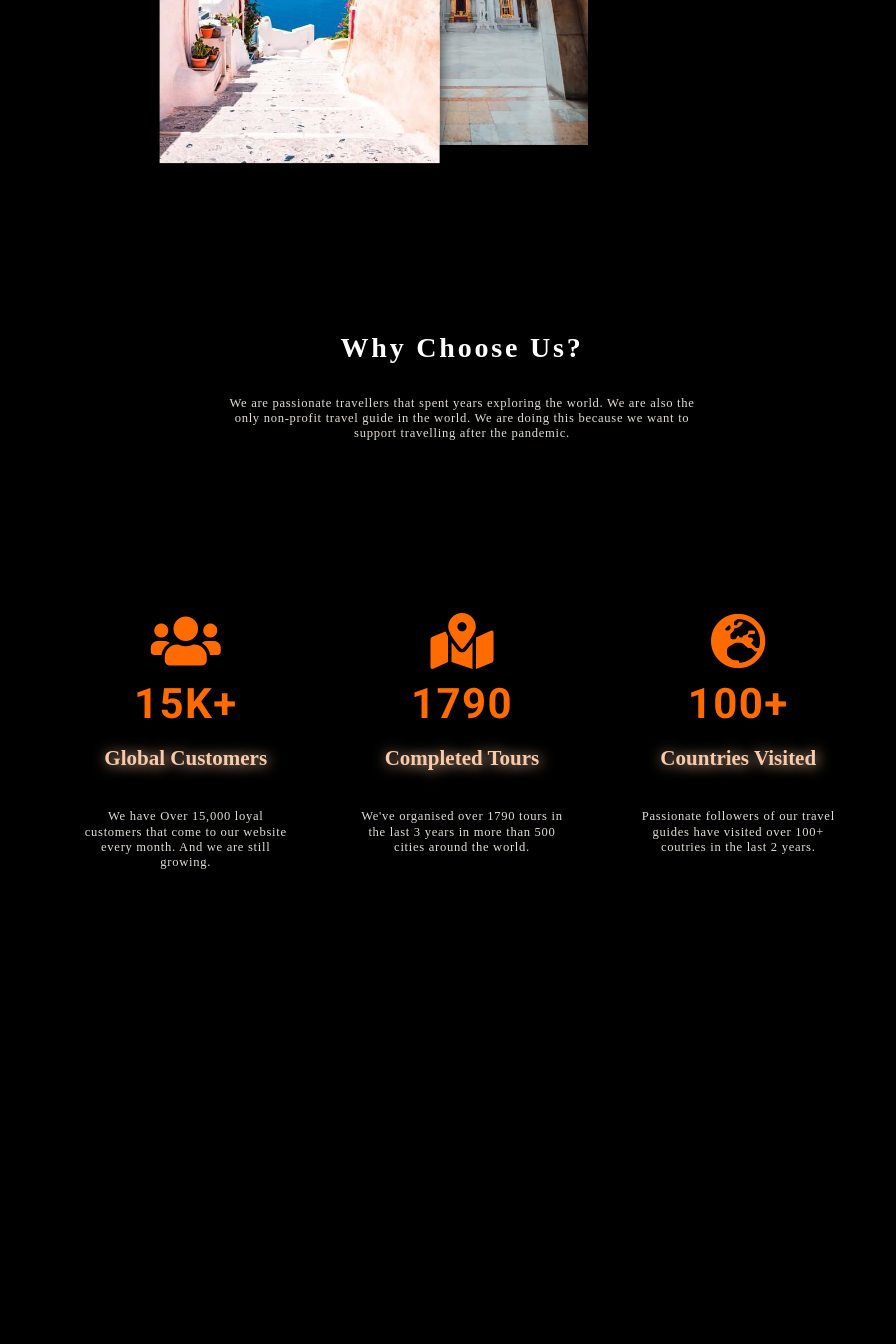
Repository: Hunga9k50doker/wildver-travel
Page: src/index.html
The author's editor kept a copy of each file at every save. The page is drawn from the files as they stood at one save, then again after the next save.
The browser window is 1280 px wide. The pictures show the part of the page from y = 4160 to 6080 px (the page is 6080 px tall), at 70% of full size.
Some web fonts or font styles are not loaded; a fallback is used. The style sheet was rebuilt from its Sass, Less or Tailwind sources for each picture, by a compiler version that may differ from the author's.

Above is the page before, as saved 2021-08-27 21:25:03.

### src/index.html
<!DOCTYPE html>
<html lang="en">
<head>
    <meta charset="UTF-8">
    <meta http-equiv="X-UA-Compatible" content="IE=edge">
    <meta name="viewport" content="width=device-width, initial-scale=1.0">
    <link href="https://fonts.googleapis.com/css2?family=Hina+Mincho&family=Roboto:wght@400;700&display=swap" rel="stylesheet">
    <link rel="stylesheet" href="public/css/normalize.min.css">
    <link rel="stylesheet" href="public/css/grid.css">
    <link rel="stylesheet" href="public/css/base.css">
    <link rel="stylesheet" href="public/css/header.css">
    <link rel="stylesheet" href="public/css/container.css">
    <link rel="stylesheet" href="public/vendor/fontawesome-free-5.15.3-web/css/all.min.css">
    <title>Document</title>
</head>
<body>
    <div class="app">
        <section class="header">
            <section class="header_nav">
                <h1 class="header_nav-home">WildVers</h1>
                <div class="header_nav-body">
                    <a href="/" class="header_nav-body-item">Equipment</a>
                    <a href="/" class="header_nav-body-item">About us</a>
                    <a href="/" class="header_nav-body-item">Blog</a>
                    <button class="header_nav-body-res">Sign Up</button>
                </div>
            </section>
            <section class="header_contain">
                <div class="header_contain-follow">
                    <p>Follow us</p>
                   <a href="/">
                       <i class="fab fa-instagram"></i>
                   </a>
                   <a href="/">
                       <i class="fab fa-twitter-square"></i>
                   </a>
                </div>
                <div class="header_contain-content">
                    <h3 class="header_contain-content-title">A travel guide</h3>
                    <h2>Prepare For The</h2>
                    <h2> Adventure!</h2>
                    <button class="btn">Let's Go</button>
                </div>
            </section>
        </section>
        <section class="container">
            <section class="grid wide">
                <ul class="container_list">

                    <li class="container_list-item">
                        <section class="row ">
                            <section  class="col l-7">
                                <div class="container_list-item-number">01</div>
                                <div class="container_list-item-content">
                                        <h3>Get started</h3>
                                        <h4 class="container_list-item-content-title" >What type of traveller are you?</h4>
                                        <p>Determining what type of traveller you are can be an important tool
                                            when planning future vacations. This guide will help you plan
                                            vacations according to different ratings set by various websites. What
                                            type of traveller are you - novice, moderate, advanced moderate,
                                            expert, or expert backpacker?
                                        </p>
                                        <a href="/">
                                            Read more
                                            <i class="fas fa-long-arrow-alt-right"></i>
                                        </a>
                                </div>
                            </section>
                            <section class="col l-5">
                                <div class="container_list-item-img">
                                    <picture >
                                        <source srcset="public/img/m3.jpg"
                                                media="(min-width: 800px)">
                                        <img src="public/img/m1.jpg" alt="" />
                                    </picture>
                                </div>
                            </section>
                        </section>
                    </li>

                    <li class="container_list-item">
                        <section class="row ">
                            <section class="col l-5">
                                <div class="container_list-item-img">
                                    <picture >
                                        <source srcset="public/img/m4.jpg"
                                                media="(min-width: 800px)">
                                        <img src="public/img/m1.jpg" alt="" />
                                    </picture>
                                </div>
                            </section>
                            <section  class="col l-7">
                                <div class="container_list-item-number">02</div>
                                <div class="container_list-item-content">
                                        <h3>WHERE YOU GO IS THE KEY</h3>
                                        <h4 class="container_list-item-content-title">Picking the right Destination!</h4>
                                        <p>You've made the decision you want to travel more this year. You've
                                            realised experiences are more important than possessions and you've
                                            put together a plan to start saving for your next big trip.
                                            But how are you going to decide where to actually go? Whichever
                                            situation you're in, we have a tips to help you choose your travel
                                            destinations.
                                        </p>
                                        <a href="/">
                                            Read more
                                            <i class="fas fa-long-arrow-alt-right"></i>
                                        </a>
                                </div>
                            </section>
                        </section>
                    </li>

                    <li class="container_list-item">
                        <section class="row ">
                            <section  class="col l-7">
                                <div class="container_list-item-number">03</div>
                                <div class="container_list-item-content">
                                        <h3>KNOW THE COUNTRY</h3>
                                        <h4 class="container_list-item-content-title">Understand the Locals and their Traditions</h4>
                                        <p>Before you head out, do your research on the different customs (the
                                            do's and don'ts) of the country you're traveling to. For instance, what
                                            percentage do they typically tip? Are there different laws? Are there
                                            common tourist scanms? Will there be any cultural events while you're
                                            there? There are a lot of things you might not even think of, but it's
                                            simple enough to research "do's and don'ts" infographics on different
                                            countries for that information.
                                        </p>
                                        <a href="/">
                                            Read more
                                            <i class="fas fa-long-arrow-alt-right"></i>
                                        </a>
                                </div>
                            </section>
                            <section class="col l-5">
                                <div class="container_list-item-img">
                                    <picture >
                                        <source srcset="public/img/m5.jpg"
                                                media="(min-width: 800px)">
                                        <img src="public/img/m1.jpg" alt="" />
                                    </picture>
                                </div>
                            </section>
                        </section>
                    </li>

                    <li class="container_list-item">
                        <section class="row ">
                            <section  class="col l-6">
                                    <div class="container_list-item-content">
                                        <h4 class="container_list-item-content-title">Let's Explore The World</h4>
                                        <button class="btn btn-primary">Explore</button>
                                    </div>
                                </section>
                                <section class="col l-6">
                                        <p class="container_list-item-text">There's a whole wide world out there, and it contains so many
                                            unknowns - but we all only get one life. At WildVers, we believe that we
                                            should travel the world while we have the chance.
                                            If you're just starting to think about why you should travel, or you're
                                            looking for travel inspiration, then we're here to help. Here are some of
                                            the best countries you should definitely visit.
                                        </p>
                                </section>
                        </section>
                    </li>

                    <li class="container_list-item">
                        <section class="row ">
                                <section class="container_list-item-img container_list-item-img-slider">

                                       <picture class="container_list-item-img-slider-single">
                                           <source srcset="public/img/canada.jpg"
                                           media="(min-width: 800px)">
                                           <img src="public/img/m1.jpg" alt="" />
                                        </picture>

                                       <picture class="container_list-item-img-slider-single">
                                           <source srcset="public/img/china.jpg"
                                           media="(min-width: 800px)">
                                           <img src="public/img/m1.jpg" alt="" />
                                        </picture>

                                       <picture class="container_list-item-img-slider-single active">
                                           <source srcset="public/img/greece.jpg"
                                           media="(min-width: 800px)">
                                           <img src="public/img/m1.jpg" alt="" />
                                        </picture>

                                       <picture class="container_list-item-img-slider-single">
                                           <source srcset="public/img/italy.jpg"
                                           media="(min-width: 800px)">
                                           <img src="public/img/m1.jpg" alt="" />
                                        </picture>

                                       <picture class="container_list-item-img-slider-single">
                                           <source srcset="public/img/hanquoc.jpg"
                                           media="(min-width: 800px)">
                                           <img src="public/img/m1.jpg" alt="" />
                                        </picture>

                                        <picture class="container_list-item-img-slider-single">
                                            <source srcset="public/img/norway.jpg"
                                            media="(min-width: 800px)">
                                            <img src="public/img/m1.jpg" alt="" />
                                         </picture>

                                        <picture class="container_list-item-img-slider-single">
                                            <source srcset="public/img/soufthafica.jpg"
                                            media="(min-width: 800px)">
                                            <img src="public/img/m1.jpg" alt="" />
                                         </picture>

                                        <picture class="container_list-item-img-slider-single">
                                            <source srcset="public/img/thailand.jpg"
                                            media="(min-width: 800px)">
                                            <img src="public/img/m1.jpg" alt="" />
                                         </picture>

                            </section>
                        </section>
                    </li>

                    <li class="container_list-item">
                        <section class="row">
                            <section class="col l-12">
                                <div class="container_list-item-content container_list-item-content-reason">
                                    <h4 style="margin:0;max-width: 100%;" class="container_list-item-content-title">
                                        Why Choose Us?
                                    </h4>
                                    <p>
                                        We are passionate travellers that spent years exploring the world. We are also the only
                                        non-profit travel guide in the world. We are doing this because we want to support travelling
                                        after the pandemic.
                                    </p>
                                </div>
                            </section>

                        </section>
                    </li>

                    <li class="container_list-item">
                        <div class="row">
                          <div class="col l-4">
                              <div class="container_list-item-achievements">
                                  <i class="fas fa-users"></i>
                                  <h3>15K+</h3>
                                  <h4>Global Customers</h4>
                                  <p>We have Over 15,000 loyal customers
                                        that come to our website every month.
                                        And we are still growing.
                                  </p>
                              </div>
                          </div>
                          <div class="col l-4">
                            <div class="container_list-item-achievements">
                                <i class="fas fa-map-marked-alt"></i>
                                <h3>1790</h3>
                                <h4>Completed Tours</h4>
                                <p>We've organised over 1790 tours in the
                                    last 3 years in more than 500 cities
                                    around the world.
                                </p>
                            </div>
                        </div>
                        <div class="col l-4">
                            <div class="container_list-item-achievements">
                                <i class="fas fa-globe-europe"></i>
                                <h3>100+</h3>
                                <h4>Countries Visited</h4>
                                <p>Passionate followers of our travel guides
                                    have visited over 100+ coutries in the
                                    last 2 years.
                                </p>
                            </div>
                        </div>

                        </div>
                    </li>
                    <li class="container_list-item">
                        <div class="row"></div>
                    </li>
                    <li class="container_list-item">
                        <div class="row"></div>
                    </li>
                </ul>
            </section>
        </section>
    </div>
</body>
</html>

### src/resources/scss/_variables.scss
$orange-color: #ff6b00;
$white-color: #fff;
$text-color: #e2ddd6;
$waxen-color: #f9caa9;
$black-color: #030101;

### src/resources/scss/container.scss
@import "variables";
$time: 500ms;
$delay: $time/2;
$mode: cubic-bezier(0.17, 0.67, 0.55, 1.43);

.container{
    position: relative;
    padding-top: 12rem;
    background: #000;
    box-shadow: 40px 0 20px 1px rgba(0,0,0,1);
    overflow-x:auto;
    &_list{

        &-item{
            position: relative;
            margin:20rem 0;
            .col{
                position: relative;

                p{
                    font-size: 1.8rem;
                    font-weight:200;
                    color: $text-color;
                    line-height: 120%;
                    letter-spacing: 1px;
                    margin: 4.5rem 0;
                }

                .container_list-item-text{
                    margin-top: 6rem;
                }
            }
            &-number{
                font-size:16rem;
                font-weight: 1000;
                line-height:100%;
                color: rgba($orange-color,0.2);

            }
            &:nth-of-type(2n+2){
                .container_list-item-img{
                    margin-right: 5rem;
                }
            }

            &-content{
                color:$white-color;
                position: absolute;
                top: 50%;
                left:0;
                bottom: -20%;
                transform: translate(10rem,-50%);
                max-width: 60%;

                h3{
                    position: relative;
                    display:flex;
                    align-items:center;
                    font-size: 1.6rem;
                    text-transform: uppercase;
                    word-spacing: 4px;
                    letter-spacing: 4px;
                    line-height:120%;
                    color: $orange-color;
                    margin:2rem 0 4rem 7rem;
                    &::after{
                        content: " ";
                        position: absolute;
                        top: 50%;
                        left:-7rem;
                        transform: translateY(-50%);
                        width: 6rem;
                        height:1px;
                        background: currentColor;
                    }
                }
                &-title{
                    max-width: 50rem;
                    line-height:120%;
                    font-size: 4rem;
                    margin:0 ;
                    letter-spacing: 4px;
                }

                a{
                    position: relative;
                    color: $orange-color;
                    display: flex;
                    align-items:center;
                    justify-content: flex-start;
                    font-size: 1.8rem;
                    max-width:12rem;
                    i{
                        display: block;
                        align-items:center;
                        margin-left: 1.4rem;
                        font-size: 1.6rem;
                    }
                    &:hover{
                        color:$white-color;
                        &:after{
                        transform:scaleX(1);
                        background: $orange-color;
                        transform-origin: left center;
                        transition: transform 0.3s linear;
                        }
                    }
                    &:after{
                        content:" ";
                        position: absolute;
                        top: -8px;
                        left: -8px;
                        bottom: -8px;
                        right: 0;
                        z-index: -1;
                        border-radius: 4px;
                        background: $orange-color;
                        transform:scaleX(0);
                        transform-origin: left center;
                        transition: transform 0.3s linear;
                    }
                }
            }

            &-content-reason{
                position: relative;
                top: 0;
                left: 50%;
                transform: translateX(-50%);
                text-align: center;

            }

            &-img{
                position: relative;
                display:flex;
                align-items:center;
                justify-content: center;
                perspective: 600px;
            }
            &-img-slider{
                position: relative;
                margin: 30rem 0;
                bottom: 0;
                left:50%;
                width: 100%;
                transform: translate(-50%,0);

                &-single{
                    position: absolute;
                    top: 50%;
                    left:50%;
                    transform: translate(-50%,-50%);
                    width: 40rem;
                    height: 52rem;
                    z-index: 0;
                    source,img{
                        transform: scale(0.9)
                    }
                }
                &-single.active{
                    position: absolute;
                    top: 50%;
                    left:50vh;
                    box-shadow: 2px 3px 20px rgba(0, 0, 0, 0.7);
                    z-index:2;
                    source,img{
                        transform: scale(1)
                    }

                }
            }

            &-achievements{
                display:flex;
                align-items:center;
                justify-content: center;
                flex-direction: column;
                text-align: center;
                margin: 0 4rem;
                i{
                    font-size: 8rem;
                    color: $orange-color;
                }
                h3{
                    font-size: 6rem;
                    margin: 2rem 0;
                    line-height: 100%;
                    letter-spacing:2px;
                    color:$orange-color;

                }
                h4{
                    color: $waxen-color;
                    font-size: 3rem;
                    margin:2rem 0;
                    text-shadow: 2px 2px 20px $waxen-color;
                }
                p{
                    margin-top: 2rem;
                }
            }
        }
    }

}

Loaded but not shown: src/public/vendor/fontawesome-free-5.15.3-web/css/all.min.css (library); src/public/css/grid.css (594 lines, source omitted); src/resources/scss/header.scss (154 lines, source omitted); src/public/css/normalize.min.css (2 lines, source omitted); src/resources/scss/base.scss (51 lines, source omitted)

After the next save:
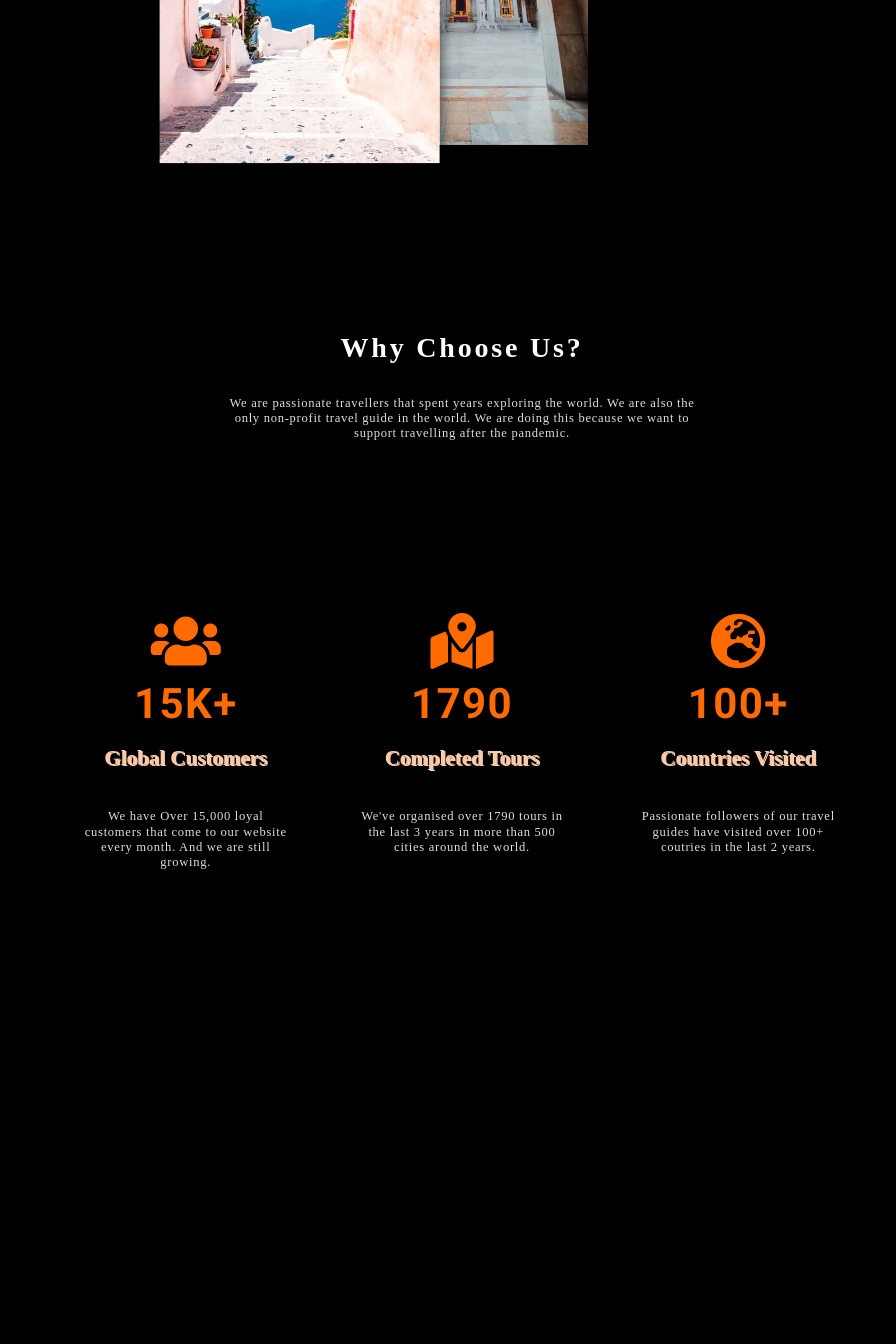
Saved 26 s later.
--- a/src/resources/scss/container.scss
+++ b/src/resources/scss/container.scss
@@ -194,7 +194,7 @@ $mode: cubic-bezier(0.17, 0.67, 0.55, 1.43);
                     color: $waxen-color;
                     font-size: 3rem;
                     margin:2rem 0;
-                    text-shadow: 2px 2px 20px $waxen-color;
+                    text-shadow: 2px 2px 0px $waxen-color;
                 }
                 p{
                     margin-top: 2rem;
